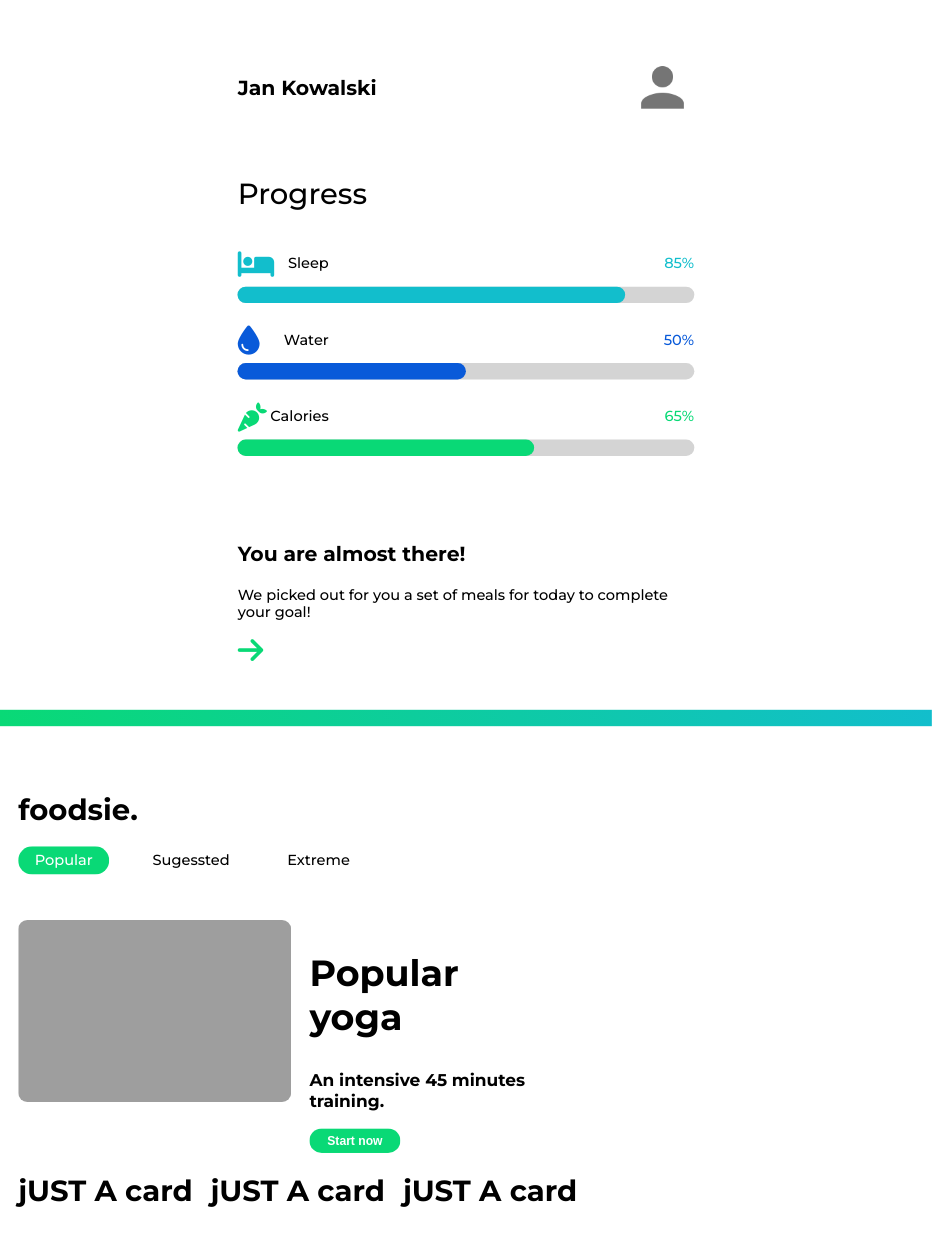
Repository: Ryszard-Penkala/foodsie
Page: /
An editor plug-in stored every save of this project. The page is shown before and after the next save, followed by the edit.
The browser window is 1024 px wide. The page is 1024 px wide, then 1044 px, so the pictures cover 1044 px, including what lies to the right of the window. The pictures show the whole page, at 91% of full size.
Pictures or frames that could not be fetched are drawn as grey boxes. Some web libraries are served in a nearby version. The project was rebuilt for these pictures with package versions that can differ from the ones it lists, and the page was loaded fresh each time. Also part of the build but not shown: src/components/card/card.module.scss.

Above is the page before, as saved 2021-02-18 06:34:01.

After the next save:
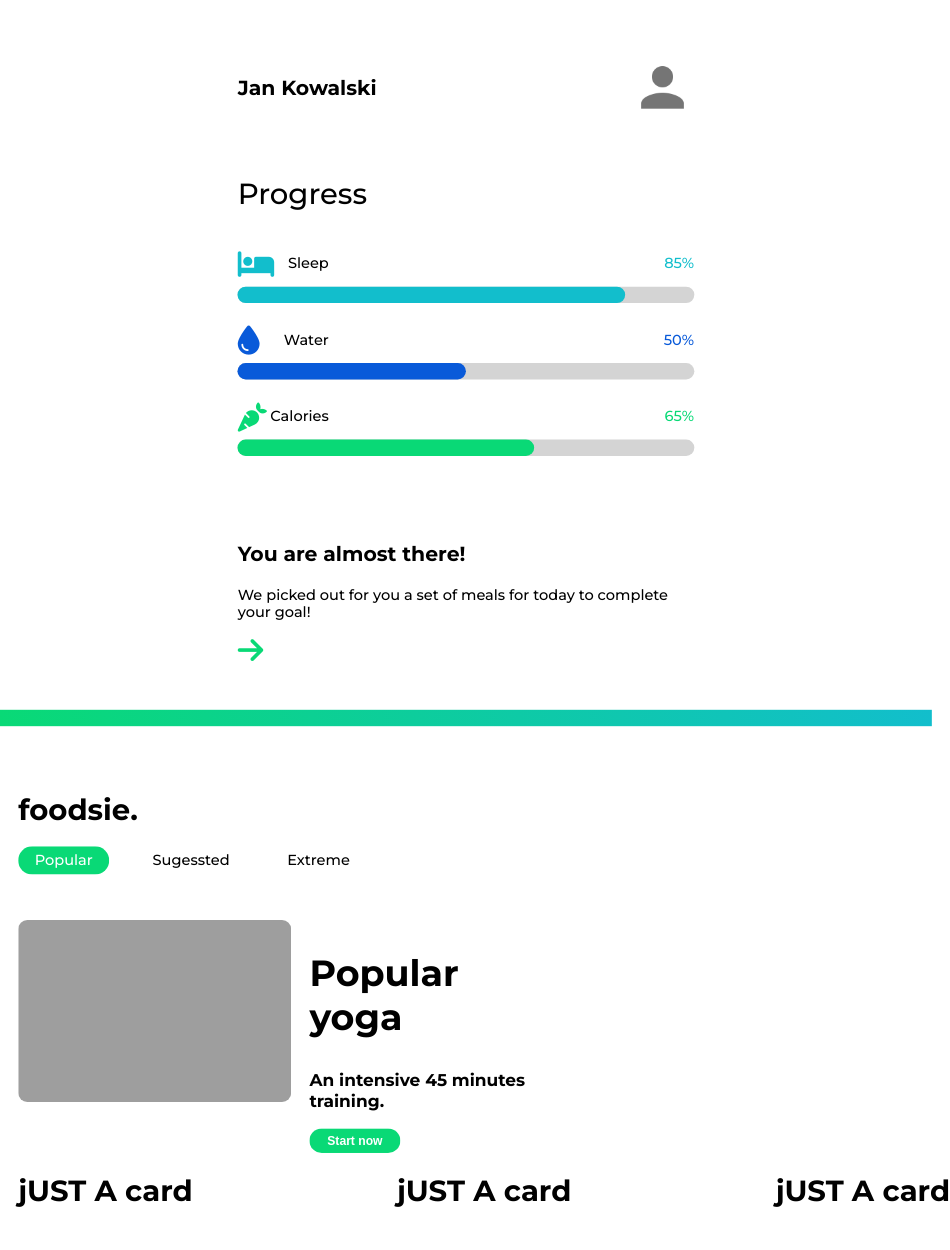
Saved 61 s later.
--- a/src/App.module.scss
+++ b/src/App.module.scss
@@ -29,6 +29,9 @@
     height: auto;
     margin:auto;
     padding: 0;
+    .mainPart{
+      width: 100%;
+    }
     .sidePanel{
       width: 100%;
       margin: 50px 0 0 0 ;
